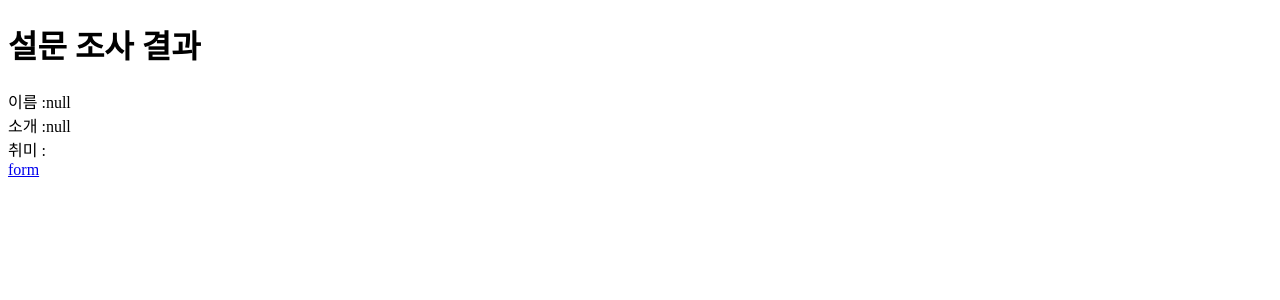
Repository: KimJaeHwan98/tomcat01
Page: http://localhost/3_req_res/quiz/ex01_result.jsp
The author's editor kept a copy of each file at every save. The page is drawn from the files as they stood at one save, then again after the next save.
The browser window is 1280 px wide. The pictures show the whole page.
The page is served by Tomcat 9.

Above is the page before, as saved 2024-04-29 06:29:38.

After the next save:
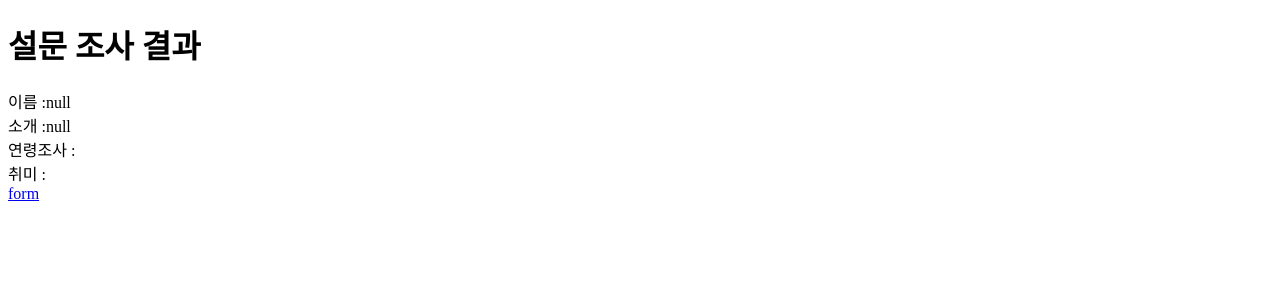
Saved 48 s later.
--- a/3_req_res/src/main/webapp/quiz/ex01_result.jsp
+++ b/3_req_res/src/main/webapp/quiz/ex01_result.jsp
@@ -11,6 +11,15 @@
 <h1>설문 조사 결과</h1>
 이름 :<%=request.getParameter("a1") %><br>
 소개 :<%=request.getParameter("a2") %><br>
+
+연령조사 : <%
+	String[] chks1 = request.getParameterValues("chk");
+	if(chks1 != null)
+	for(String s : chks1) {
+		out.print(s + "<br>");
+	}
+
+	%><br>
 취미 : <%
 	String[] chks = request.getParameterValues("chk");
 	if(chks != null)
